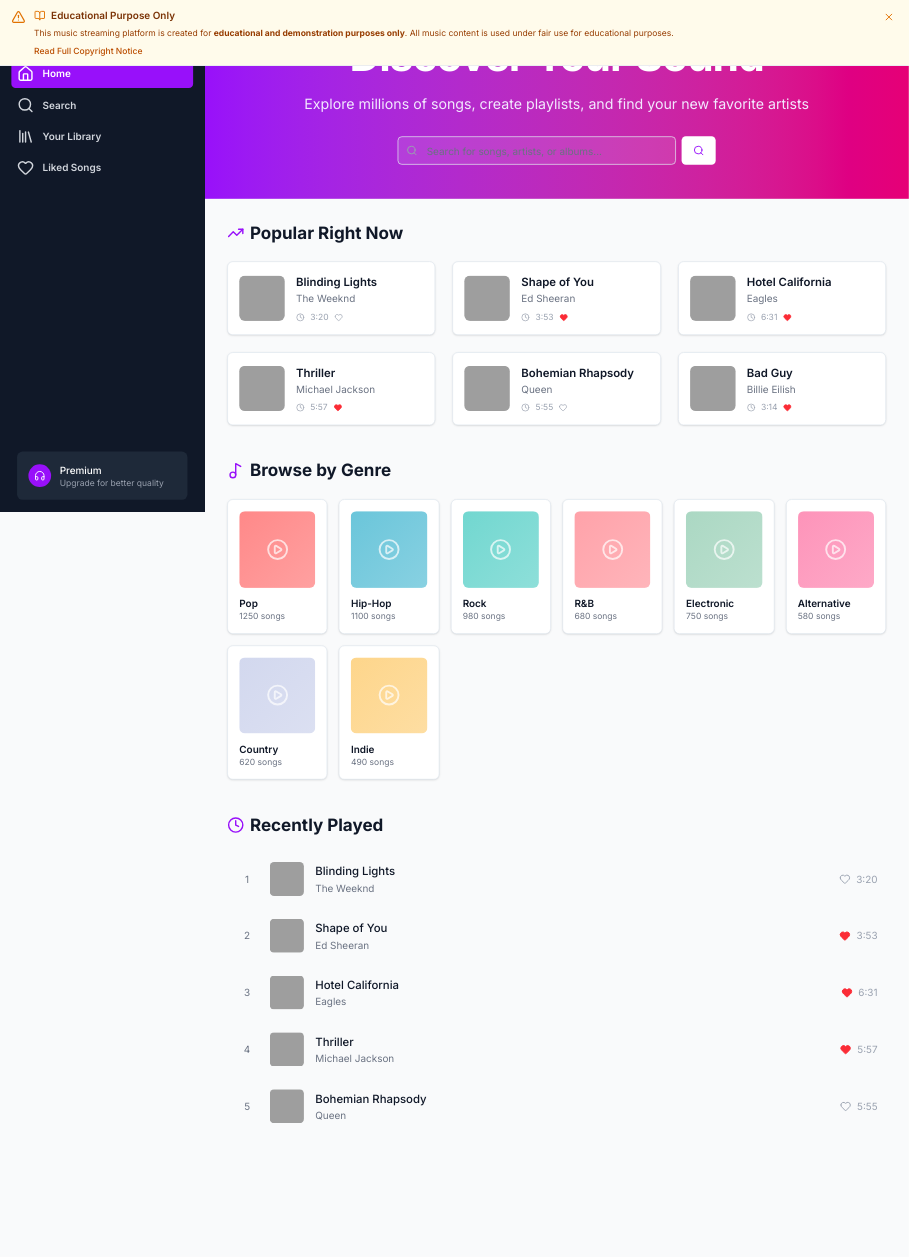
Repository: DiwanMalla/Sangeet-X
Page: /
These files come from the project's save history. The page is drawn as it stood at one moment and after the next save; the edit follows.
The browser window is 1280 px wide. The pictures show the whole page, at 71% of full size.
Pictures or frames that could not be fetched are drawn as grey boxes. The project was rebuilt for these pictures with package versions that can differ from the ones it lists, and the page was loaded fresh each time. The framework's server and built-in components were replaced by stand-ins that run in the browser. Also part of the build but not shown: next.config.ts, src/components/layout/audio-player.tsx.

Above is the page before, as saved 2025-07-06 00:08:41.

After the next save:
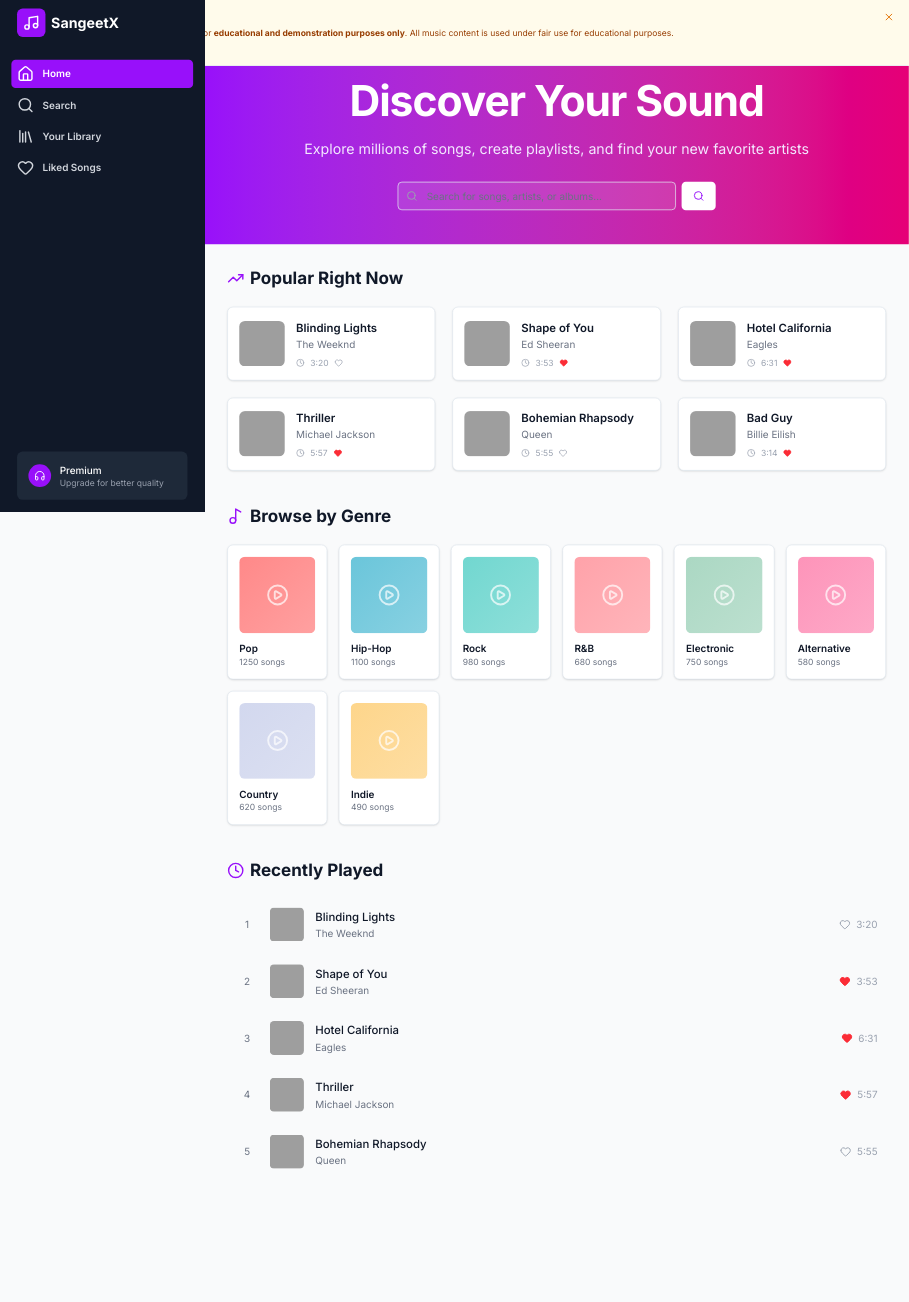
Saved 30 s later.
--- a/src/app/page.tsx
+++ b/src/app/page.tsx
@@ -119,9 +119,10 @@ export default function HomePage() {
 
   return (
     <div className="min-h-screen bg-gray-50 dark:bg-gray-900">
+      <CopyrightNotice />
       <Navbar />
 
-      <main className="lg:ml-72 pb-24">
+      <main className="lg:ml-72 pb-24 pt-16">
         {/* Header */}
         <div className="bg-gradient-to-r from-purple-600 to-pink-600 text-white">
           <div className="px-4 py-12 sm:px-6 lg:px-8">
@@ -334,7 +335,6 @@ export default function HomePage() {
         isShuffling={isShuffling}
         isRepeating={isRepeating}
       />
-      <CopyrightNotice />
     </div>
   );
 }
